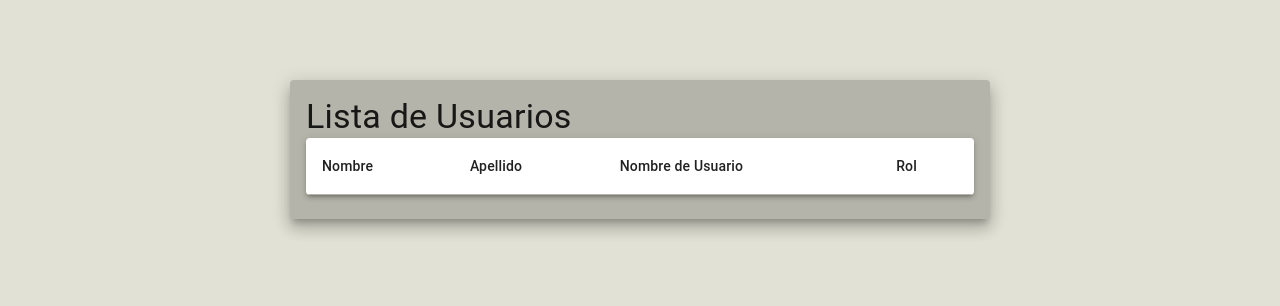
Repository: Mpablom/usuarioCaC-integrador-final-front
Page: /usuarios
The author's editor kept a copy of each file at every save. The page is drawn from the files as they stood at one save, then again after the next save.
The browser window is 1280 px wide. The pictures show the whole page.
The page's requests for data from a server got no answer. The project was rebuilt for these pictures with package versions that can differ from the ones it lists, and the page was loaded fresh each time. No one was signed in, and anything a server would have sent is missing. Also part of the build but not shown: vite.config.ts, src/components/Login.tsx.

Above is the page before, as saved 2024-07-11 00:16:37.

### src/App.tsx
// App.tsx (o donde configures tus rutas)
import React from 'react';
import {
  BrowserRouter as Router,
  Route,
  Routes,
  Navigate,
} from 'react-router-dom';
import Login from './components/Login'; // Componente de inicio de sesión
import UsuariosTable from './components/UsuariosTable'; // Componente de la tabla de usuarios

const App: React.FC = () => {
  return (
    <Router>
      <Routes>
        <Route path="/login" element={<Login />} />
        <Route path="/usuarios" element={<UsuariosTable />} />
        <Route path="/" element={<Navigate to="/login" />} />
      </Routes>
    </Router>
  );
};

export default App;

### src/index.css
 :root {
  font-family: system-ui, -apple-system, BlinkMacSystemFont, 'Segoe UI', Roboto;
  line-height: 1.5;
  /* font-weight: 400; */

  color-scheme: light dark;
  color: rgba(255, 255, 255, 0.87);
  background-color: #E1E1D5;

  font-synthesis: none;
  text-rendering: optimizeLegibility;
  -webkit-font-smoothing: antialiased;
  -moz-osx-font-smoothing: grayscale;
}
Card{
  background-color: #B4B4AA;
}
/*
a {
  font-weight: 500;
  color: #646cff;
  text-decoration: inherit;
}
a:hover {
  color: #535bf2;
}

body {
  margin: 0;
  display: flex;
  place-items: center;
  min-width: 320px;
  min-height: 100vh;
}

h1 {
  font-size: 3.2em;
  line-height: 1.1;
  color: #1a1a1a;
}

button {
  border-radius: 8px;
  border: 1px solid transparent;
  padding: 0.6em 1.2em;
  font-size: 1em;
  font-weight: 500;
  font-family: inherit;
  background-color: #1a1a1a;
  cursor: pointer;
  transition: border-color 0.25s;
}
button:hover {
  border-color: #646cff;
}
button:focus,
button:focus-visible {
  outline: 4px auto -webkit-focus-ring-color;
}

@media (prefers-color-scheme: light) {
  :root {
    color: #213547;
    background-color: #ffffff;
  }
  a:hover {
    color: #747bff;
  }
  button {
    background-color: #f9f9f9;
  }
}
 */

### src/components/UsuariosTable.tsx
import React, { useEffect, useState } from "react";
import {
  TableContainer,
  Table,
  TableHead,
  TableBody,
  TableRow,
  TableCell,
  Paper,
  Card,
  CardHeader,
  CardContent,
  Typography,
} from "@mui/material";
import { Usuario } from "../models/UsuarioModel";
import { getUsuarios } from "../axios/UsuarioApi";

const UsuariosTable: React.FC = () => {
  const [usuarios, setUsuarios] = useState<Usuario[]>([]);

  useEffect(() => {
    const fetchUsuarios = async () => {
      try {
        const usuariosData = await getUsuarios();
        setUsuarios(usuariosData);
      } catch (error) {
        console.error("Error fetching usuarios:", error);
      }
    };

    fetchUsuarios();
  }, []);

  return (
    <Card sx={{ maxWidth: 700, margin: "auto", boxShadow:'10', mt: 10, bgcolor:"#B4B4AA" }}>
      <CardContent>
         <Typography variant="h4" component="h1">
          Lista de Usuarios
        </Typography>
        <TableContainer component={Paper} sx={{ boxShadow:'3' }}>
          <Table sx={{borderColor:"#b4b4aa"}}>
            <TableHead>
              <TableRow>
                <TableCell sx={{borderColor:"#b4b4aa"}}>Nombre</TableCell>
                <TableCell sx={{borderColor:"#b4b4aa"}}>Apellido</TableCell>
                <TableCell sx={{borderColor:"#b4b4aa"}}>Nombre de Usuario</TableCell>
                <TableCell sx={{borderColor:"#b4b4aa"}}>Rol</TableCell>
              </TableRow>
            </TableHead>
            <TableBody>
              {usuarios.map((usuario) => (
                <TableRow key={usuario.id} sx={{borderColor:"#b4b4aa"}}>
                  <TableCell sx={{borderColor:"#b4b4aa"}}>{usuario.nombre}</TableCell>
                  <TableCell sx={{borderColor:"#b4b4aa"}}>{usuario.apellido}</TableCell>
                  <TableCell sx={{borderColor:"#b4b4aa"}}>{usuario.username}</TableCell>
                  <TableCell sx={{borderColor:"#b4b4aa"}}>{usuario.rol}</TableCell>
                </TableRow>
              ))}
            </TableBody>
          </Table>
        </TableContainer>
      </CardContent>
    </Card>
  );
};

export default UsuariosTable;

### src/axios/UsuarioApi.ts
import api from './Api';
import { Usuario, UsuarioLogin } from '../models/UsuarioModel';

export const getUsuarios = async (): Promise<Usuario[]> => {
  const response = await api.get('/usuarios');
  return response.data;
};

export const getUsuarioById = async (id: number): Promise<Usuario> => {
  const response = await api.get(`/usuarios/${id}`);
  return response.data;
};

export const createUsuario = async (usuario: Usuario): Promise<void> => {
  const response = await api.post('/usuarios', usuario);
  return response.data;
};

export const updateUsuario = async (id: number, usuario: Usuario): Promise<void> => {
  const response = await api.put(`/usuarios/${id}`, usuario);
  return response.data;
};

export const deleteUsuario = async (id: number): Promise<void> => {
  const response = await api.delete(`/usuarios/${id}`);
  return response.data;
};

export const restoreUsuario = async (id: number): Promise<void> => {
  const response = await api.patch(`/usuarios/${id}`);
  return response.data;
};
export const login = async (usuarioLogin: UsuarioLogin): Promise<Usuario> => {
    try {
        const response = await api.post(`/usuarios/login`, usuarioLogin);
        return response.data as Usuario; // Asegúrate de que response.data sea del tipo Usuario
    } catch (error) {
        if (error instanceof Error) {
            throw new Error(`Error al iniciar sesión: ${error.message}`);
        } else {
            throw new Error(`Error al iniciar sesión: Error desconocido`);
        }
    }
  }

### src/axios/api.ts
import axios from 'axios';

const api = axios.create({
  baseURL: 'http://localhost:8080',
  headers: {
    'Content-Type': 'application/json',
  },
});

export default api;

Loaded but not shown: index.html (common file); src/main.tsx (common file)

After the next save:
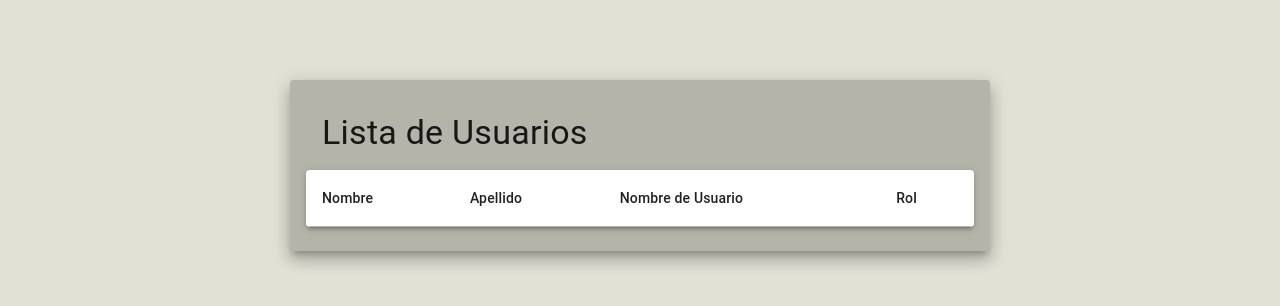
Saved 11 s later.
--- a/src/components/UsuariosTable.tsx
+++ b/src/components/UsuariosTable.tsx
@@ -34,7 +34,7 @@ const UsuariosTable: React.FC = () => {
   return (
     <Card sx={{ maxWidth: 700, margin: "auto", boxShadow:'10', mt: 10, bgcolor:"#B4B4AA" }}>
       <CardContent>
-         <Typography variant="h4" component="h1">
+         <Typography variant="h4" component="h1" p={2}>
           Lista de Usuarios
         </Typography>
         <TableContainer component={Paper} sx={{ boxShadow:'3' }}>
